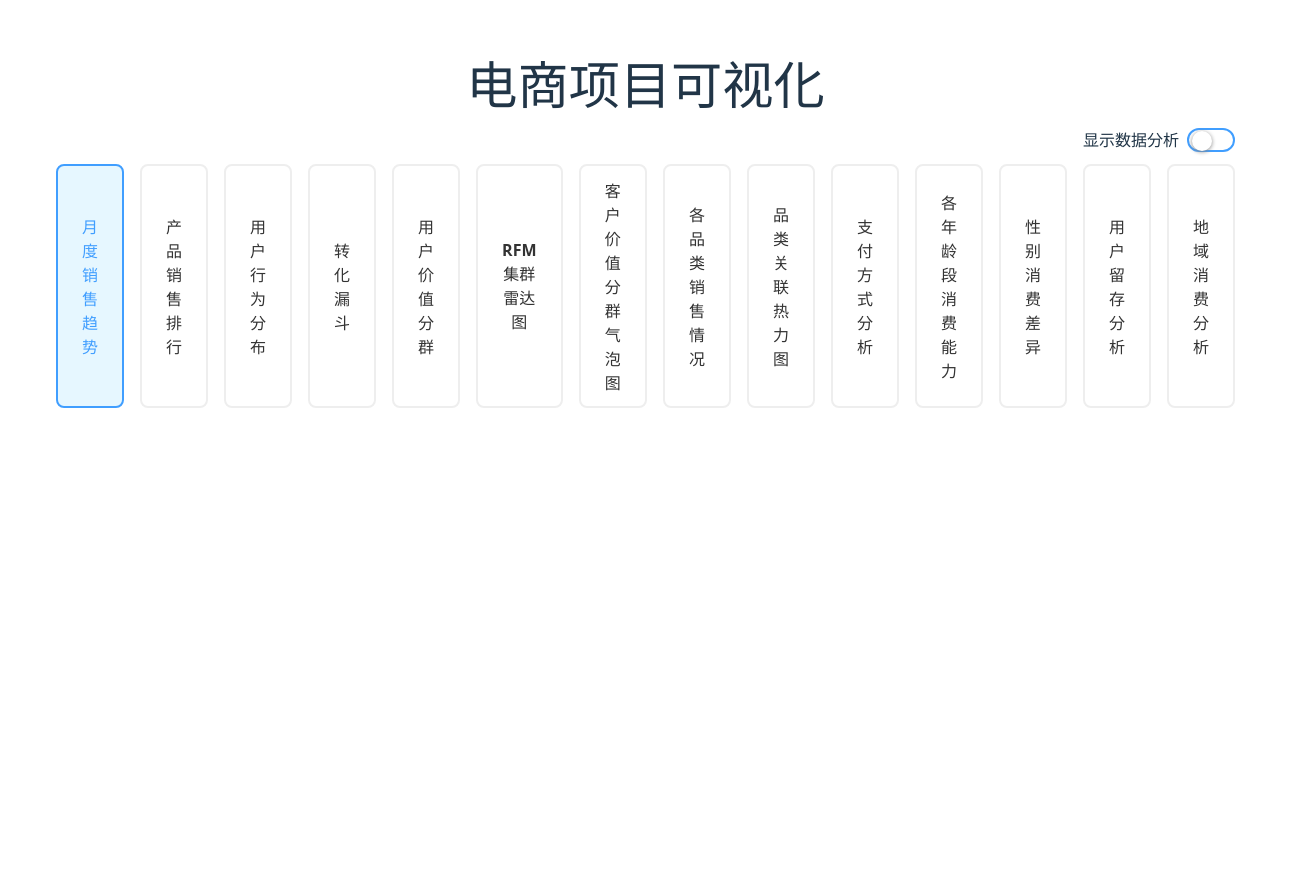
Repository: sakimi-9/DPV-EC
Page: / (app in src/rendering/)
These files come from the project's save history. The page is drawn as it stood at one moment and after the next save; the edit follows.
The browser window is 1280 px wide. The page is 1291 px wide, so the pictures cover 1291 px, including what lies to the right of the window. The pictures show the whole page.
The page's requests for data from a server got no answer. The project was rebuilt for these pictures with package versions that can differ from the ones it lists, and the page was loaded fresh each time. No one was signed in, and anything a server would have sent is missing. Also part of the build but not shown: src/rendering/vite.config.ts, src/rendering/src/views/ProductRank.vue, src/rendering/src/views/UserBehavior.vue, src/rendering/src/views/Funnel.vue, src/rendering/src/views/RFMScatter.vue, src/rendering/src/views/RFMRadar.vue, src/rendering/src/views/RFMBubble.vue, src/rendering/src/views/CategorySales.vue and 6 more.

Above is the page before, as saved 2025-06-26 00:32:47.

After the next save:
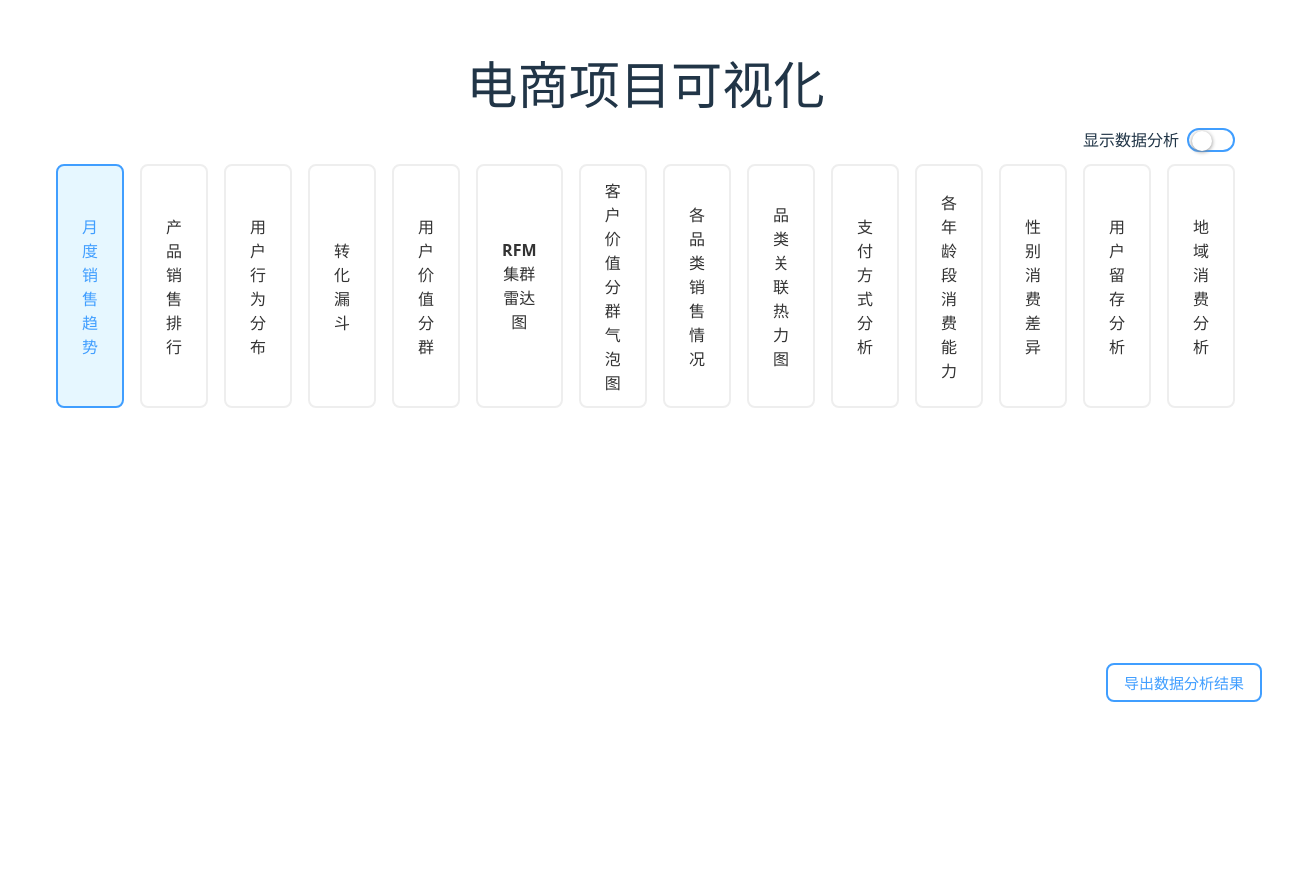
Saved 2 min 4 s later.
--- a/src/rendering/src/App.vue
+++ b/src/rendering/src/App.vue
@@ -32,6 +32,11 @@
     <div v-if="showAnalysis && analysisText[tabs[activeTab].key]"
       style="margin: 10px auto 0; max-width: 900px; background: #eaf6ff; color: #222; border-radius: 12px; border: 2px solid #222; padding: 20px 30px; font-size: 18px; font-family: 'Microsoft YaHei', sans-serif; box-shadow: 0 2px 12px #0002; text-align: left;">
       <div v-html="analysisText[tabs[activeTab].key]" />
+    </div>
+    <!-- 右下角导出按钮，紧凑靠边 -->
+    <div style="position: fixed; bottom: 18px; right: 18px; z-index: 10;">
+      <button @click="exportAnalysisImage"
+        style="padding: 7px 16px; border: 2px solid #409EFF; border-radius: 8px; background: #fff; color: #409EFF; font-weight: bold; cursor: pointer; font-size: 15px;">导出数据分析结果</button>
     </div>
   </div>
 </template>
